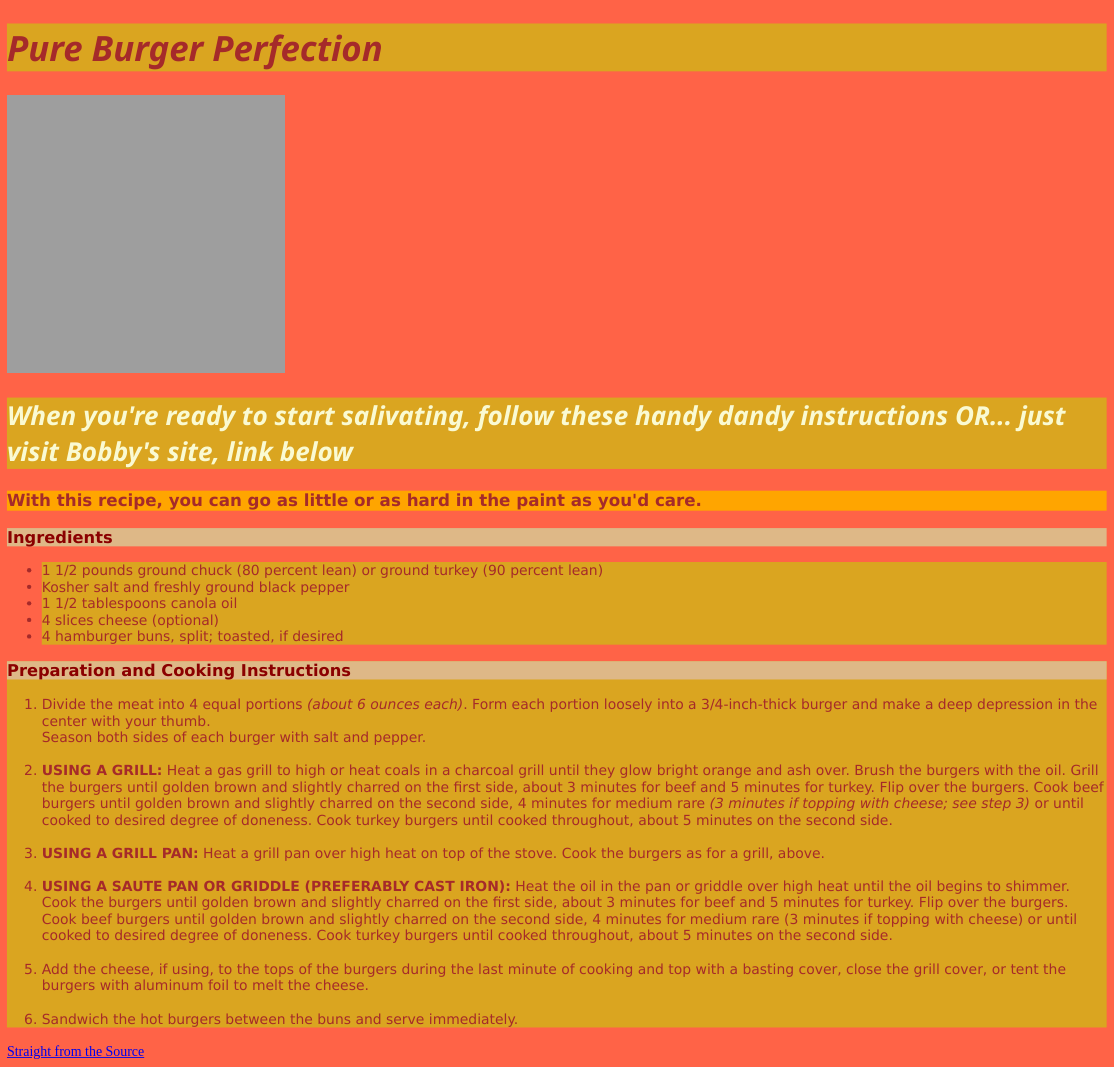
Repository: Spencertainty/practice-time
Page: member-spencer-odin-recipes/recipes/hamburgers.html
An editor plug-in stored every save of this project. The page is shown before and after the next save, followed by the edit.
The browser window is 1280 px wide. The pictures show the whole page, at 87% of full size.
Pictures or frames that could not be fetched are drawn as grey boxes.

Above is the page before, as saved 2024-01-10 16:00:56.

### member-spencer-odin-recipes/recipes/hamburgers.html
<!DOCTYPE html>
<!--[if lt IE 7]>      <html class="no-js lt-ie9 lt-ie8 lt-ie7"> <![endif]-->
<!--[if IE 7]>         <html class="no-js lt-ie9 lt-ie8"> <![endif]-->
<!--[if IE 8]>         <html class="no-js lt-ie9"> <![endif]-->
<!--[if gt IE 8]>      <html class="no-js"> <!--<![endif]-->
<html>
    <head>
        <meta charset="utf-8">
        <meta http-equiv="X-UA-Compatible" content="IE=edge">
        <title>hamburgers</title>
        <meta name="description" content="">
        <meta name="viewport" content="width=device-width, initial-scale=1">
        <link rel="stylesheet" href="burger.css">
    </head>

    <body>
        <!--[if lt IE 7]>
            <p class="browsehappy">You are using an <strong>outdated</strong> browser. Please <a href="#">upgrade your browser</a> to improve your experience.</p>
        <![endif]-->

<h1><b>Pure Burger Perfection</b></h1>

<img src="../links-and-images/Cheeseburger.jpg" alt="the perfect burger" height="320" width="320">
<br>
<h2><em>When you're ready to start salivating, follow these handy dandy instructions</em> OR... just visit Bobby's site, link below</h2>
<p>With this recipe, you can go as little or as hard in the paint as you'd care.</p>
<h3>Ingredients</h3>
<ul>
    <div>
    <li>1 1/2 pounds ground chuck (80 percent lean) or ground turkey (90 percent lean) </li>
    <li>Kosher salt and freshly ground black pepper</li>
    <li>1 1/2 tablespoons canola oil</li>
    <li>4 slices cheese (optional)</li>
    <li>4 hamburger buns, split; toasted, if desired</li>
</div>
</ul>
<div>
<h3>Preparation and Cooking Instructions</h3>
<ol>
    <li>Divide the meat into 4 equal portions <em>(about 6 ounces each)</em>. Form each portion loosely into a 3/4-inch-thick burger and make a deep depression in the center with your thumb.
        <br>Season both sides of each burger with salt and pepper.</br></li>
    <p>

    </p><li><strong> USING A GRILL:</strong> Heat a gas grill to high or heat coals in a charcoal grill until they glow bright orange and ash over.
        Brush the burgers with the oil. Grill the burgers until golden brown and slightly charred on the first side, about 3 minutes for beef and 5 minutes for turkey.
        Flip over the burgers. Cook beef burgers until golden brown and slightly charred on the second side, 4 minutes for medium rare <em>(3 minutes if topping with cheese; see step 3)</em> or until cooked to desired degree of doneness.
        Cook turkey burgers until cooked throughout, about 5 minutes on the second side.</li>
    <p>    <li><b>USING A GRILL PAN:</b> Heat a grill pan over high heat on top of the stove. Cook the burgers as for a grill, above.</li></p>
    <li><strong> USING A SAUTE PAN OR GRIDDLE (PREFERABLY CAST IRON):</strong> Heat the oil in the pan or griddle over high heat until the oil begins to shimmer. Cook the burgers until golden brown and slightly charred on the first side, about 3 minutes for beef and 5 minutes for turkey.
        Flip over the burgers. Cook beef burgers until golden brown and slightly charred on the second side, 4 minutes for medium rare (3 minutes if topping with cheese) or until cooked to desired degree of doneness. Cook turkey burgers until cooked throughout, about 5 minutes on the second side.</li>
        <p><li>Add the cheese, if using, to the tops of the burgers during the last minute of cooking and top with a basting cover, close the grill cover, or tent the burgers with aluminum foil to melt the cheese.</p></li>
    <p><li>Sandwich the hot burgers between the buns and serve immediately.</li>        </p>
    </ol>
</div>
        <a href="https://www.foodnetwork.com/recipes/bobby-flay/perfect-burger-recipe-1957542" target="_blank" rel="noopener noreferrer">Straight from the Source</a>
        <script src="" async defer></script>

    </body>
</html>

### member-spencer-odin-recipes/recipes/burger.css
/* Apply Font Color to Title */


div {
    color: brown;
    background-color: goldenrod;
    text-align: left;
    font-family: Verdana, Geneva, Tahoma, sans-serif;
}

h1 {
    font-style: italic;
    font-family: 'Segoe UI', Tahoma, Geneva, Verdana, sans-serif;
    color: brown;
    font-size: 40px;
    background-color: goldenrod;
}

h2 {font-style: italic;
    font-family: 'Segoe UI', Tahoma, Geneva, Verdana, sans-serif;
    color: lightgoldenrodyellow;
    font-size: 30px;
    background-color: goldenrod;
}
h3 {
    font-family: 'Lucida Sans', 'Lucida Sans Regular', 'Lucida Grande', 'Lucida Sans Unicode', Geneva, Verdana, sans-serif;
    color: darkred;
    background-color: burlywood;

}

p {font-family: 'Lucida Sans', 'Lucida Sans Regular', 'Lucida Grande', 'Lucida Sans Unicode', Geneva, Verdana, sans-serif;
    color: brown;
    background-color: orange;
    font-weight: bolder;
    font-size: larger;
}

body {background-color: tomato;
}

After the next save:
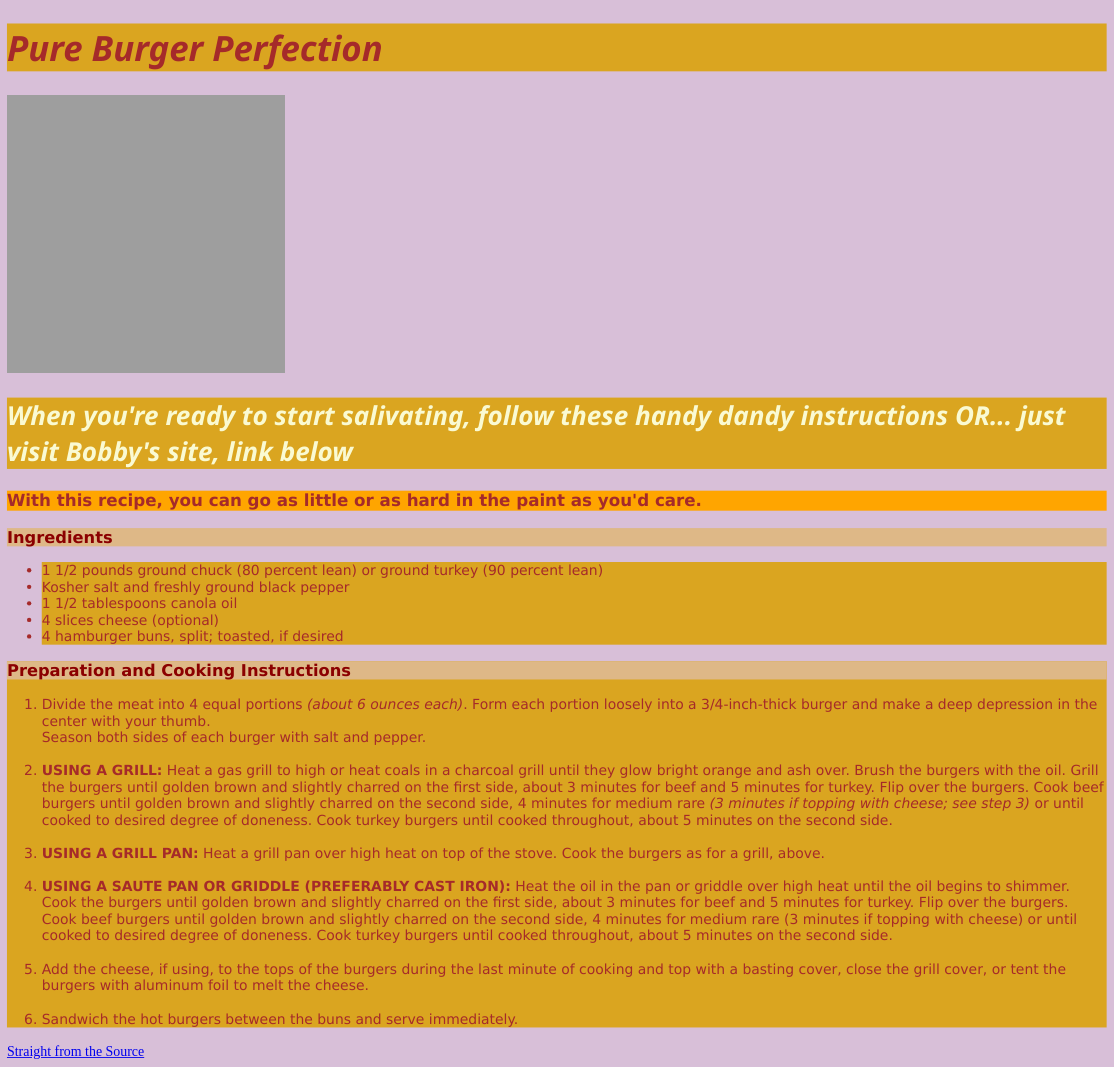
Saved 27 s later.
--- a/member-spencer-odin-recipes/recipes/burger.css
+++ b/member-spencer-odin-recipes/recipes/burger.css
@@ -36,5 +36,5 @@ p {font-family: 'Lucida Sans', 'Lucida Sans Regular', 'Lucida Grande', 'Lucida S
     font-size: larger;
 }
 
-body {background-color: tomato;
+body {background-color: thistle;
 }
